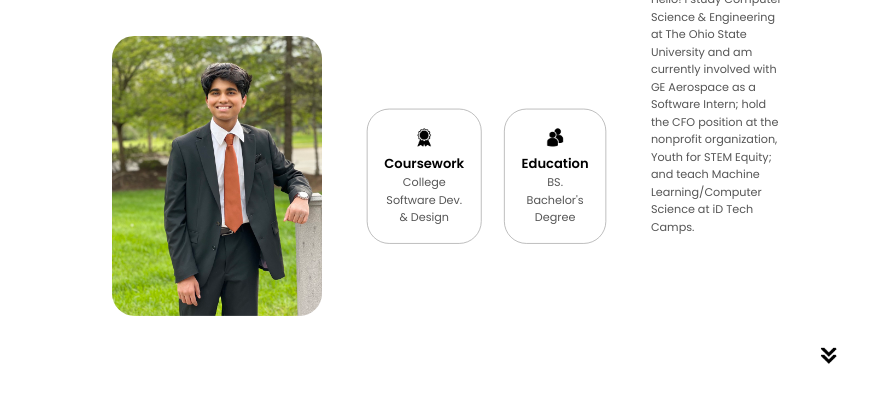
Repository: anuragkej/OldPortfolio
Page: index.html
An editor plug-in stored every save of this project. The page is shown before and after the next save, followed by the edit.
The browser window is 1280 px wide. The pictures show the part of the page from y = 826 to 2746 px (the page is 1390 px tall before and 2779 px after), at 70% of full size.

Above is the page before, as saved 2024-05-26 05:10:28.

After the next save:
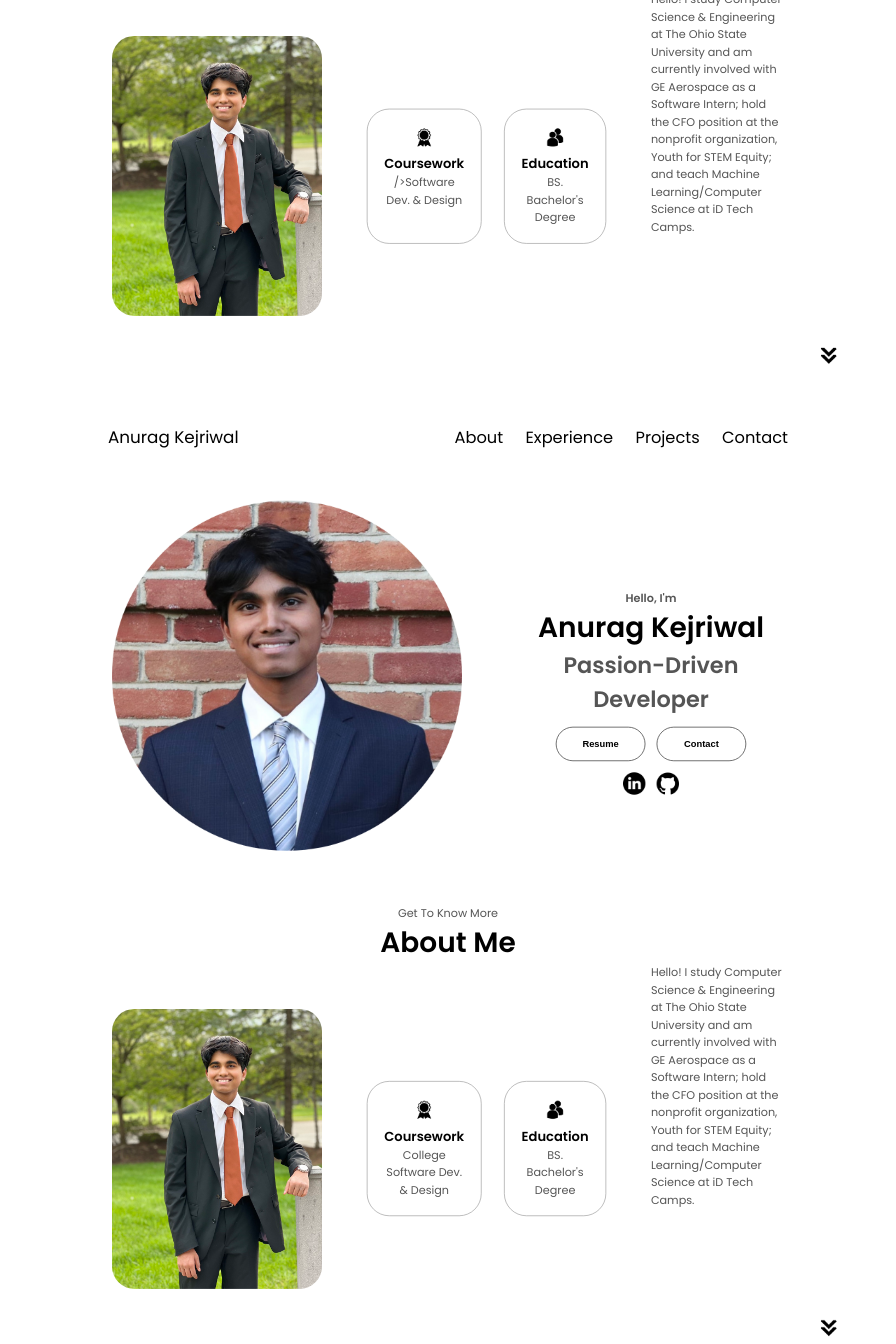
Saved 12 s later.
--- a/index.html
+++ b/index.html
@@ -1,3 +1,97 @@
+<!DOCTYPE html>
+<html lang="en">
+<head>
+    <meta charset="UTF-8">
+    <meta name="viewport" content="width=device-width, initial-scale=1.0">
+    <title>Personal Portfolio</title>
+    <link rel="stylesheet" href="style.css">
+    <link rel="stylesheet" href="mediaqueries.css">
+</head>
+<body>
+    <nav id="desktop-nav">
+        <div class="logo">Anurag Kejriwal</div>
+        <div>
+            <ul class="nav-links">
+                <li><a href="#about">About</a></li>
+                <li><a href="#experience">Experience</a></li>
+                <li><a href="#projects">Projects</a></li>
+                <li><a href="#contact">Contact</a></li>
+            </ul>
+        </div>
+    </nav>
+    <nav id="hamburger-nav">
+        <div class="logo">Anurag Kejriwal</div>
+        <div class="hamburger-menu">
+            <div class="hamburger-icon" onclick="toggleMenu()">
+                <span></span>
+                <span></span>
+                <span></span>
+            </div>
+            <div class="menu-links">
+                <li><a href="#about" onclick="toggleMenu()" >About</a></li>
+                <li><a href="#experience" onclick="toggleMenu()">Experience</a></li>
+                <li><a href="#projects" onclick="toggleMenu()">Projects</a></li>
+                <li><a href="#contact" onclick="toggleMenu()">Contact</a></li>
+            </div>
+        </div>
+    </nav>
+    <section id="profile">
+        <div class="section_pic-container">
+            <img src="./assets/anuragprofpic.png" alt="Anurag Kejriwal profile picture">
+        </div>
+        <div class="section__text">
+            <p class="section__text__p1">Hello, I'm</p>
+            <h1 class="title">Anurag Kejriwal</h1>
+            <p class="section__text__p2">Passion-Driven Developer</p>
+            <div class="btn-container">
+                <button class="btn btn-color-2"
+                onclick="window.open('./assets/AnuragKejriwalResume_2026.pdf')">Resume</button>
+                <button class="btn btn-color-1"
+                onclick="location.href='./#contact'">Contact</button>
+            </div>
+            <div id="socials-container">
+                <img src="./assets/linkedin.png" alt="My LinkedIn Profile"
+                class ="icon" onclick="location.href='https://linkedin.com/in/anuragkejriwal1/'">
+                <img src="./assets/github.png" alt="My Github Profile"
+                class ="icon" onclick="location.href='https://github.com/anuragkej'">
+            </div>
+        </div>
+    </section>
+    <section id="about">
+        <p class="section__text__p1">Get To Know More</p>
+        <h1 class="title">About Me</h1>
+        <div class="section-container">
+        <div class="section__pic-container">
+            <img src="./assets/E4CC9343-5963-4651-9569-35505B2238C1_1_105_c.jpeg" alt="Profile Picture" class="about-pic"/>
+        </div>
+        <div class="about-details-container">
+            <div class="about-containers">
+                <div class="details-container">
+                    <img src="./assets/experience.png" alt="Experience icon" class="icon"/>
+                    <h3>Coursework</h3>
+                    <p>/>Software Dev. & Design</p>
+                </div>
+                <div class="details-container">
+                    <img src="./assets/education.png" alt="Education icon" class="icon"/>
+                    <h3>Education</h3>
+                    <p>BS. Bachelor's Degree </p>
+                </div>
+            </div>
+        </div>
+        <div class="text-container">
+            <p>Hello! I study Computer Science & Engineering at The Ohio State University and am currently involved with GE Aerospace as a Software Intern; hold the CFO position at the nonprofit organization, Youth for STEM Equity; and teach Machine Learning/Computer Science at iD Tech Camps.</p>
+        </div>
+        </div>
+        <img src="./assets/arrow.png"
+        alt="Arrow icon"
+        class="icon arrow"
+        onclick = "location.href='./#experience'"
+        >
+    </section>
+    <script src="script.js"></script>
+
+</body>
+</html>
 <!DOCTYPE html>
 <html lang="en">
 <head>
